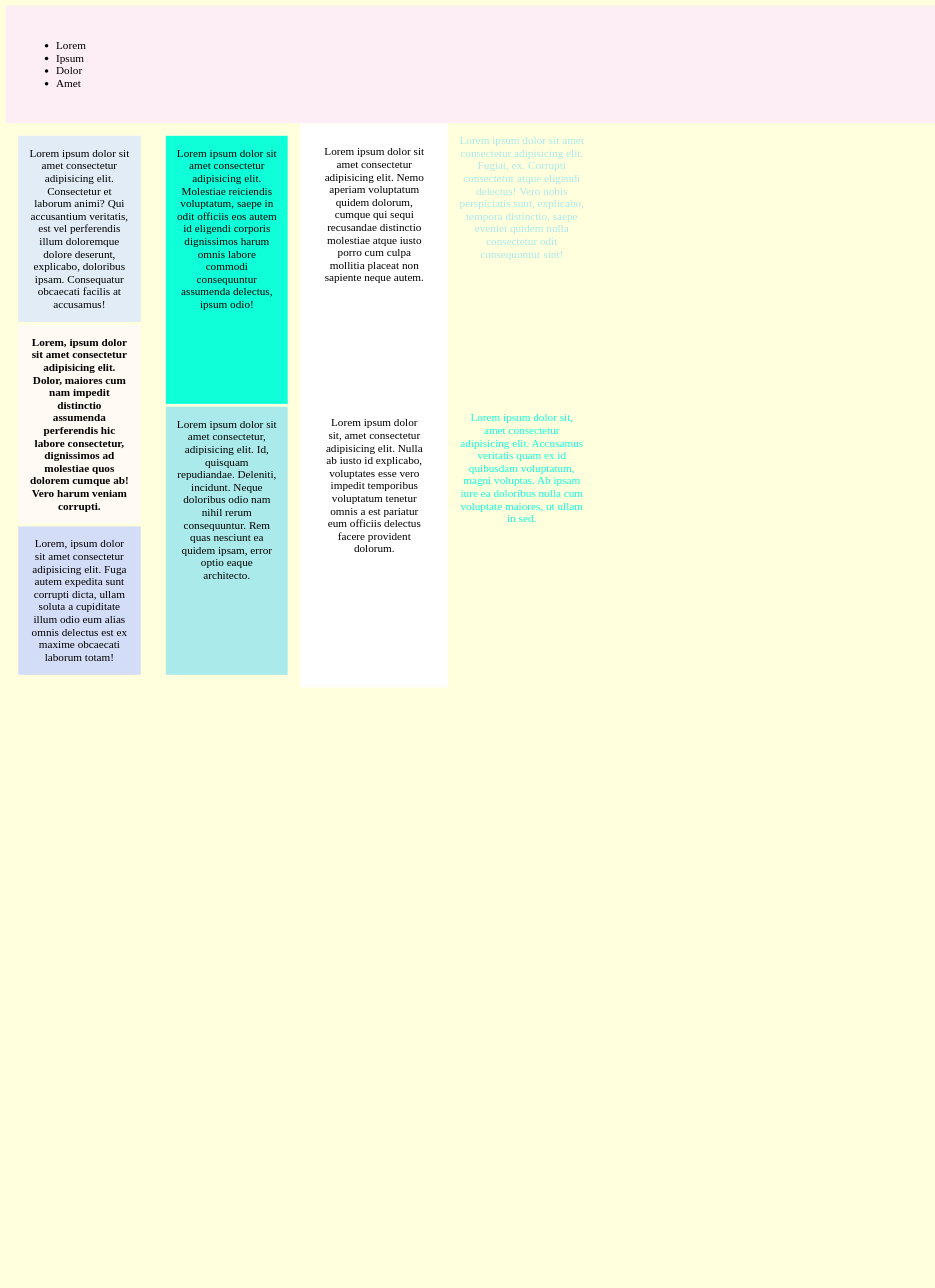
Repository: HTML-a-CSS-2/projekt-portfolio-Angelina555555
Page: .github/index.html
The author's editor kept a copy of each file at every save. The page is drawn from the files as they stood at one save, then again after the next save.
The browser window is 1280 px wide. The page is 1336 px wide, so the pictures cover 1336 px, including what lies to the right of the window. The pictures show the part of the page from y = 0 to 1840 px (the page is 4214 px tall before and 8654 px after), at 70% of full size.

Above is the page before, as saved 2022-05-14 22:33:58.

### .github/index.html
<!DOCTYPE html>
<html lang="en">
  <head>
    <meta charset="UTF-8" />
    <meta http-equiv="X-UA-Compatible" content="IE=edge" />
    <meta name="viewport" content="width=device-width, initial-scale=1.0" />
    <link rel="stylesheet" href="default.css" />
    <title>Document</title>
  </head>
  <body>
    <div class="menu">
      <ul id="menu">
        <li>Lorem</li>
        <li>Ipsum</li>
        <li>Dolor</li>
        <li>Amet</li>
      </ul>
    </div>
    <div class="container">
      <div class="article">
        <div class="article__element-jeden article__element-jeden--blue">
          Lorem ipsum dolor sit amet consectetur adipisicing elit. Consectetur
          et laborum animi? Qui accusantium veritatis, est vel perferendis illum
          doloremque dolore deserunt, explicabo, doloribus ipsam. Consequatur
          obcaecati facilis at accusamus!
        </div>
        <div
          class="article__element-dva article__element-dva--pink article__element-dva--big"
        >
          Lorem, ipsum dolor sit amet consectetur adipisicing elit. Dolor,
          maiores cum nam impedit distinctio assumenda perferendis hic labore
          consectetur, dignissimos ad molestiae quos dolorem cumque ab! Vero
          harum veniam corrupti.
        </div>
        <div class="article__element-tri article__element-tri--purple">
          Lorem, ipsum dolor sit amet consectetur adipisicing elit. Fuga autem
          expedita sunt corrupti dicta, ullam soluta a cupiditate illum odio eum
          alias omnis delectus est ex maxime obcaecati laborum totam!
        </div>
      </div>
      <div class="age">
        <div class="age__element-ctyri age__element-ctyri--green">
          Lorem ipsum dolor sit amet consectetur adipisicing elit. Molestiae
          reiciendis voluptatum, saepe in odit officiis eos autem id eligendi
          corporis dignissimos harum omnis labore commodi consequuntur assumenda
          delectus, ipsum odio!
        </div>
        <div class="age__element-pet age__element-pet--mint">
          Lorem ipsum dolor sit amet consectetur, adipisicing elit. Id, quisquam
          repudiandae. Deleniti, incidunt. Neque doloribus odio nam nihil rerum
          consequuntur. Rem quas nesciunt ea quidem ipsam, error optio eaque
          architecto.
        </div>
      </div>
      <div class="leader">
        <div class="leader__element-sest leader__element-sest--padding-small">
          Lorem ipsum dolor sit amet consectetur adipisicing elit. Nemo aperiam
          voluptatum quidem dolorum, cumque qui sequi recusandae distinctio
          molestiae atque iusto porro cum culpa mollitia placeat non sapiente
          neque autem.
        </div>
        <div class="leader__element-sedm leader__element-sedm--padding-small">
          Lorem ipsum dolor sit, amet consectetur adipisicing elit. Nulla ab
          iusto id explicabo, voluptates esse vero impedit temporibus voluptatum
          tenetur omnis a est pariatur eum officiis delectus facere provident
          dolorum.
        </div>
      </div>
      <div class="blok-posledni">
        <div class="blok-posledni__element-osm--mint">
          Lorem ipsum dolor sit amet consectetur adipisicing elit. Fugiat, ex.
          Corrupti consectetur atque eligendi delectus! Vero nobis perspiciatis
          sunt, explicabo, tempora distinctio, saepe eveniet quidem nulla
          consectetur odit consequuntur sint!
        </div>
        <div class="blok-posledni__element-devet--green">
          Lorem ipsum dolor sit, amet consectetur adipisicing elit. Accusamus
          veritatis quam ex id quibusdam voluptatum, magni voluptas. Ab ipsam
          iure ea doloribus nulla cum voluptate maiores, ut ullam in sed.
        </div>
      </div>
    </div>
  </body>
</html>

### .github/default.css
body {
  background-color: #ffffdd;
}

.menu {
  width: 100%;
  background-color: #fdedf5;
  padding: 2rem;
}

.container {
  display: grid;
  grid-template-rows: repeat(5, 1fr);
  grid-template-columns: repeat(6, 1fr);
}

.article,
.age,
.leader,
.blok-posledni {
  padding: 1rem;
  display: flex;
  flex-wrap: wrap;
  text-align: center;
}
.article__element-jeden {
  grid-column-start: 1;
  grid-column-end: span 3;
}
.article__element-jeden,
.article__element-dva,
.article__element-tri {
  display: flex;
  justify-content: center;
  align-items: center;
  padding: 1rem 1rem;
  margin: 2px;
}

.article__element-jeden--blue {
  background-color: #e1ecf6;
}
.article__element-dva--pink {
  background-color: #fffbf4;
}
.article__element-tri--purple {
  background-color: #d4ddf7;
}

.article__element-dva--big {
  font-weight: bold;
}

.age__element-ctyri,
.age__element-pet,
.leader__element-sest,
.leader__element-sedm,
.blok-posledni__element-osm,
.blok-posledni__element-devet {
  padding: 1rem 1rem;
  margin: 2px;
}

.age__element-ctyri--green {
  background-color: #0fffd9;
}
.age__element-pet--mint {
  background-color: #aaeaeb;
}
.leader {
  background-color: white;
}
.leader__element-sest--padding-small,
.leader__element-sedm--padding-small {
  padding: 0.9rem;
}
.blok-posledni__element-osm--mint {
  color: #aaeaeb;
}

.blok-posledni__element-devet--green {
  color: #0fffd9;
}

After the next save:
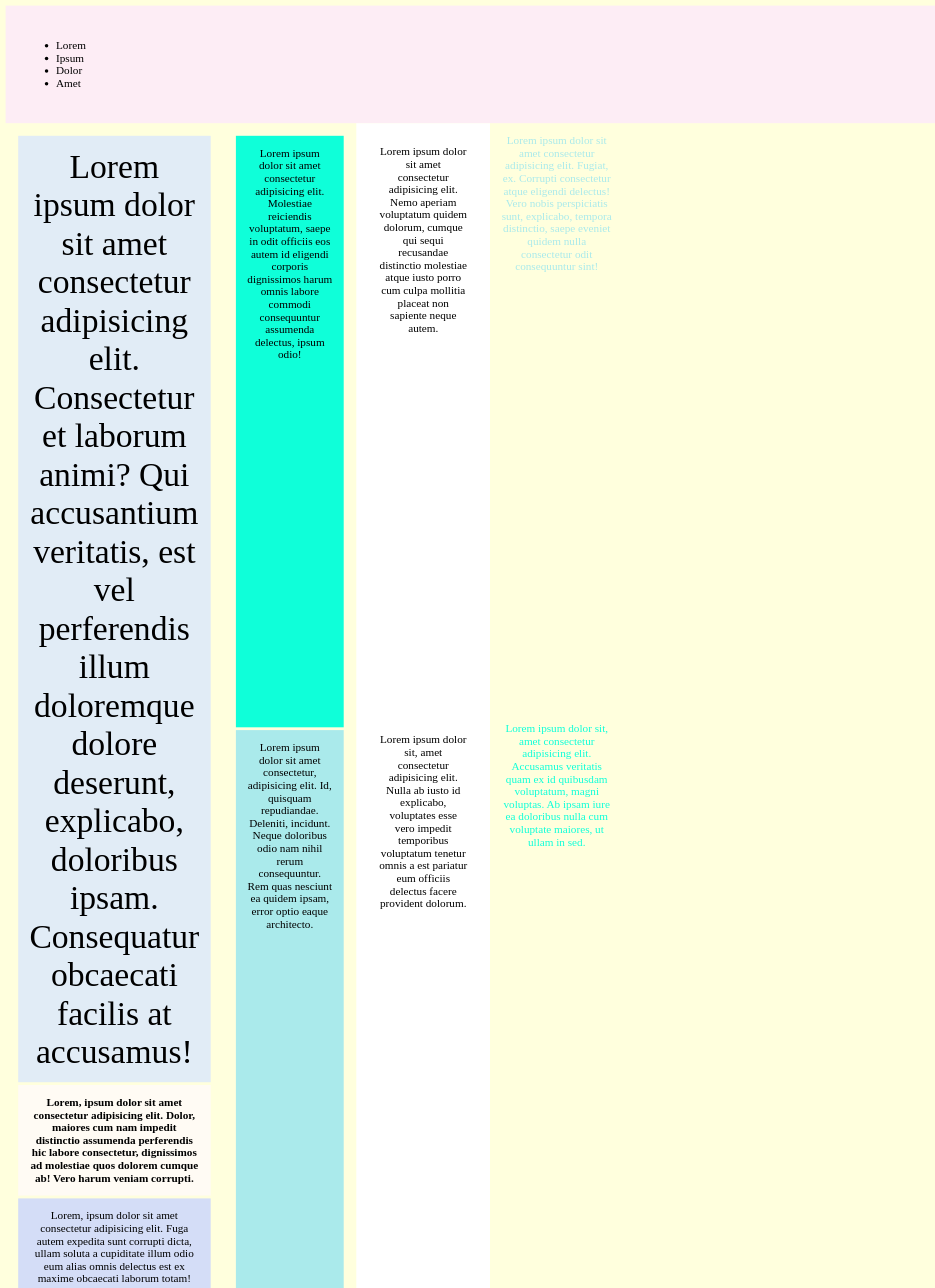
Saved 15 min 14 s later.
--- a/.github/default.css
+++ b/.github/default.css
@@ -24,6 +24,7 @@
   text-align: center;
 }
 .article__element-jeden {
+  font-size: 3rem;
   grid-column-start: 1;
   grid-column-end: span 3;
 }

After the save that followed:
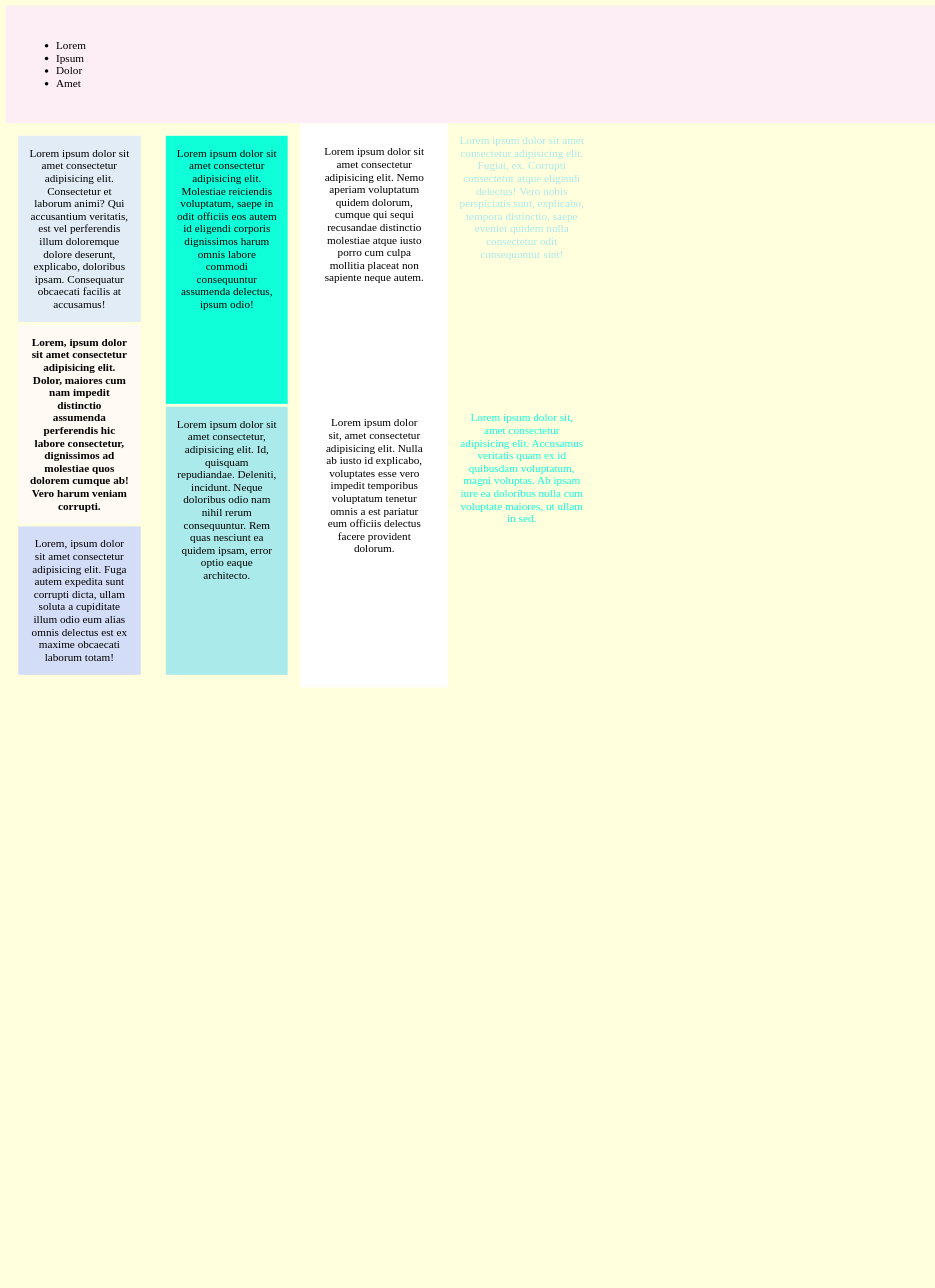
Saved 14 s later.
--- a/.github/default.css
+++ b/.github/default.css
@@ -24,7 +24,7 @@
   text-align: center;
 }
 .article__element-jeden {
-  font-size: 3rem;
+  font-size: 1rem;
   grid-column-start: 1;
   grid-column-end: span 3;
 }
